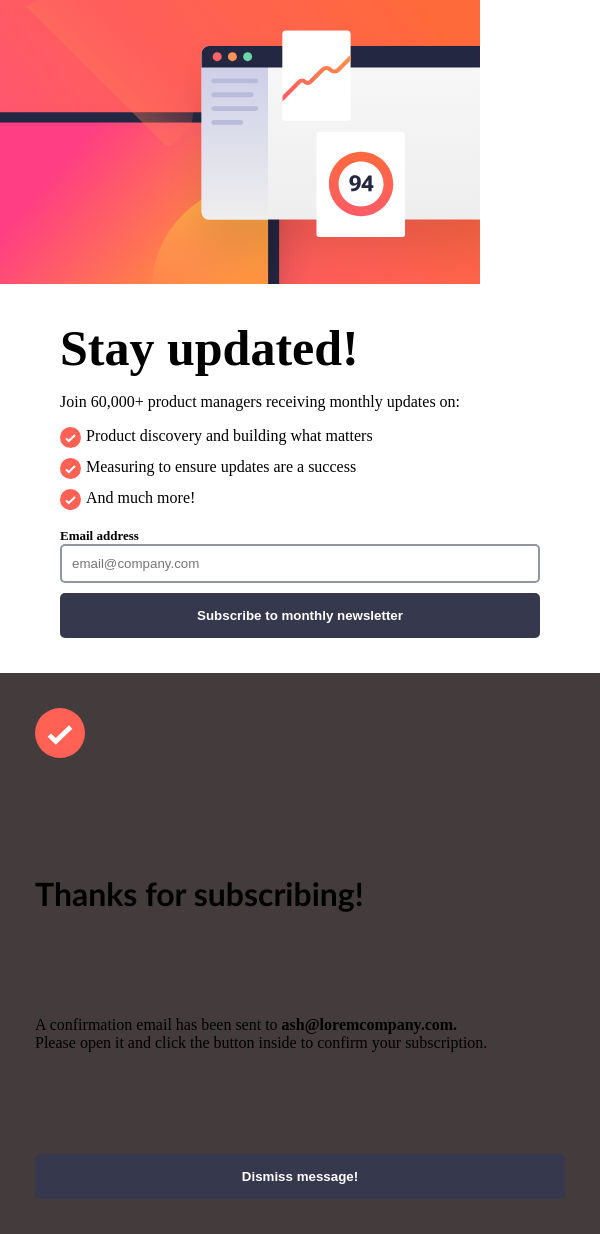
Repository: Celebration-cloud/Newsletter
Page: index.html
An editor plug-in stored every save of this project. The page is shown before and after a run of saves, followed by the edit.
The browser window is 600 px wide. The pictures show the whole page.

Above is the page before, as saved 2023-07-20 00:01:53.

After the next 3 saves:
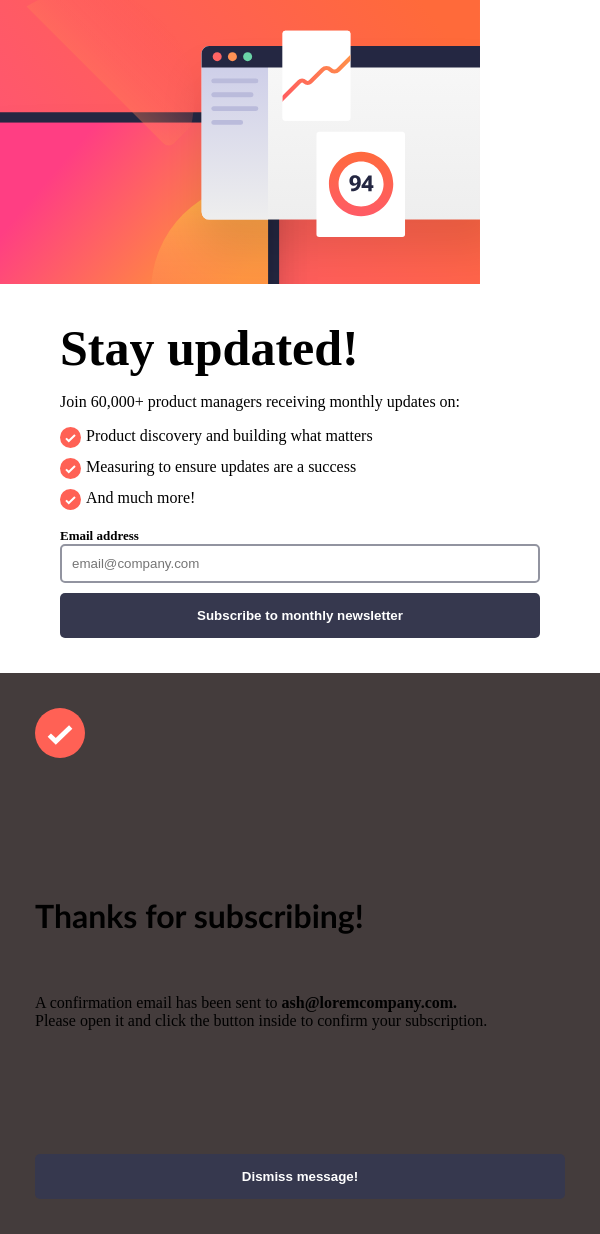
The 3 saves are shown as one change because they came seconds apart.
The last was saved 8 s later.
--- a/index.css
+++ b/index.css
@@ -146,7 +146,7 @@ button{
         font-family: 'Gill Sans', 'Gill Sans MT', Calibri, 'Trebuchet MS', sans-serif;
     }
     #success p{
-        m
+        margin-top: -50px;
         font-weight: light;
     }
     #success button{
